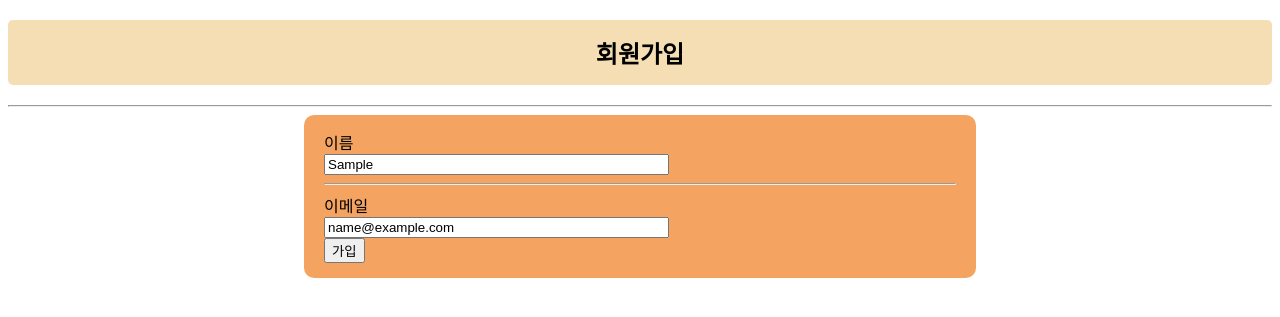
Repository: Hiron-Musk/JSP_ex
Page: jwbook/src/main/webapp/ch03/reform.html
The author's editor kept a copy of each file at every save. The page is drawn from the files as they stood at one save, then again after the next save.
The browser window is 1280 px wide. The pictures show the whole page.
Empty fields were first filled with sample values (such as "Sample", 5 or name@example.com).
After loading, the first visible `button` was clicked once.

Above is the page before, as saved 2024-03-08 05:43:07.
Console error: SyntaxError: missing ) after argument list

### jwbook/src/main/webapp/ch03/reform.html
<!DOCTYPE html>
<html>
	<head>
		<meta charset="UTF-8">
		<title>회원가입 폼 만들기 예제</title>
		<style>
			h2{
				border-radius: 5px;
				background-color: wheat;
				text-align: center;
				padding:15px 0;
			}
			#reform{
				padding:15px 20px;
				border-radius: 10px;
				margin:auto;
				width:50%;
				background-color: SandyBrown;
			}

		</style>

		<script>
			function signUp(){
				alert('정말로 가입하시겠습니까?');
				document.getElementById("reform").style.display="none";
				document.getElementById("rname").innerHTML=document.form1.name.value;
				document.getElementById("remail").innerHTML=document.form1.email.value;
				document.getElementById("result").setAttribute("style,"display:block;
																		background-color:khaki;")

			}

		</script>
	</head>
	<body>
		<h2>회원가입</h2>
		<hr>
		<div id="reform">
			<form name="form1">
				<label>이름</label><br>
				<input type="text" name="name" size="40"><br>
				<hr>
				<label>이메일</label><br>
				<input type="email" name="email" size="40"><br>
				<button type="button" onclick="signUp()">가입</button>

			</form>
		</div>
		<div id="result" class="result">
					<h3>가입정보</h3>
					<hr>
					이름 : <span id="rname"></span><br>
					이메일 : <span id="remail"></span><br>
	</div>
	<script>
		document.getElementById("result").style.display="none";
	</script>
	</body>
</html>

After the next save:
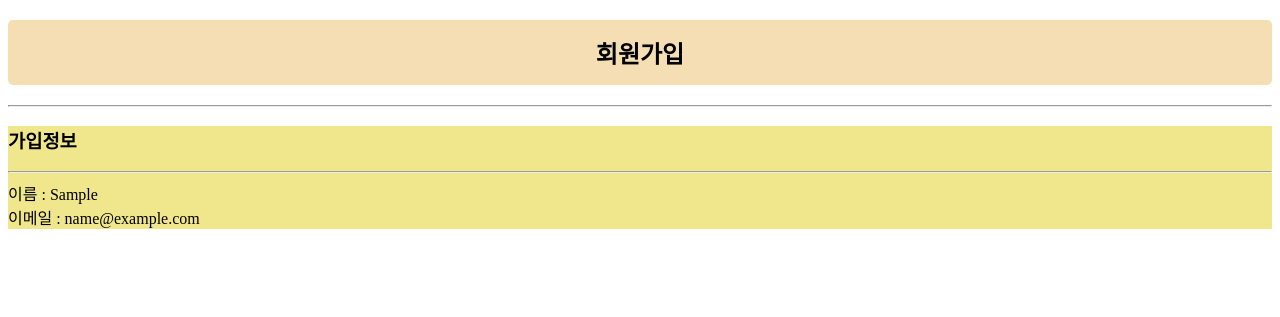
The error is gone.
Saved 40 s later.
--- a/jwbook/src/main/webapp/ch03/reform.html
+++ b/jwbook/src/main/webapp/ch03/reform.html
@@ -26,8 +26,7 @@
 				document.getElementById("reform").style.display="none";
 				document.getElementById("rname").innerHTML=document.form1.name.value;
 				document.getElementById("remail").innerHTML=document.form1.email.value;
-				document.getElementById("result").setAttribute("style,"display:block;
-																		background-color:khaki;")
+				document.getElementById("result").setAttribute("style","display:block; background-color:khaki;")
 
 			}
 
